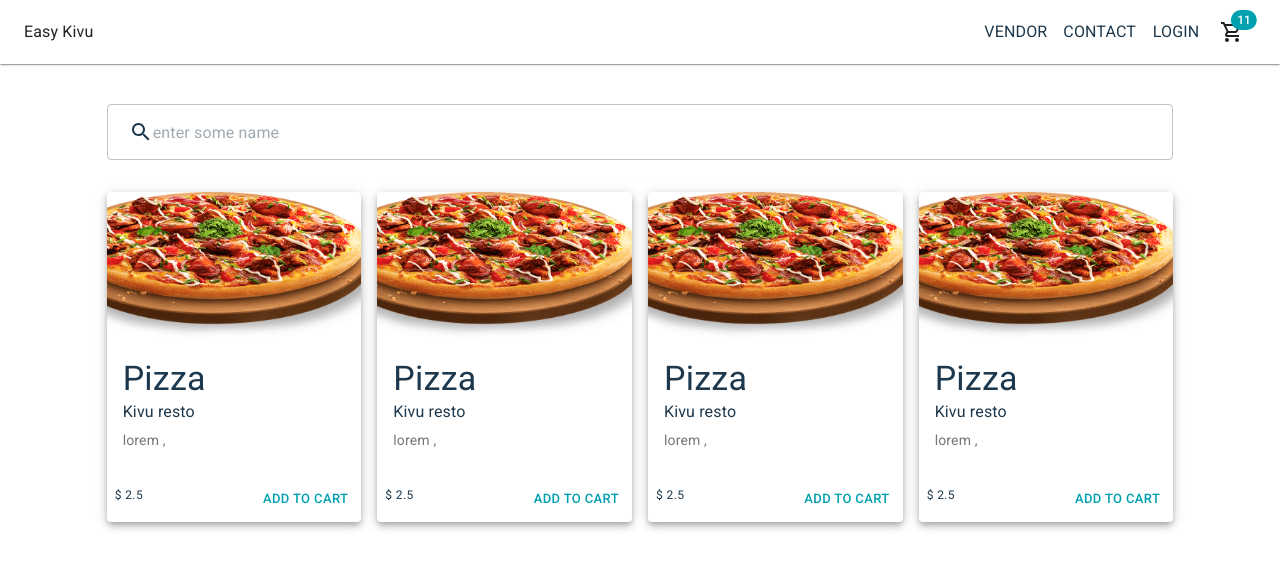
Repository: kilamaelie/jokes-dapp
Page: /
The author's editor kept a copy of each file at every save. The page is drawn from the files as they stood at one save, then again after the next save.
The browser window is 1280 px wide. The pictures show the whole page.
The project was rebuilt for these pictures with package versions that can differ from the ones it lists, and the page was loaded fresh each time. Also part of the build but not shown: src/ui/page/dashboard/dashboard.js.

Above is the page before, as saved 2021-06-28 02:18:37.

After the next save:
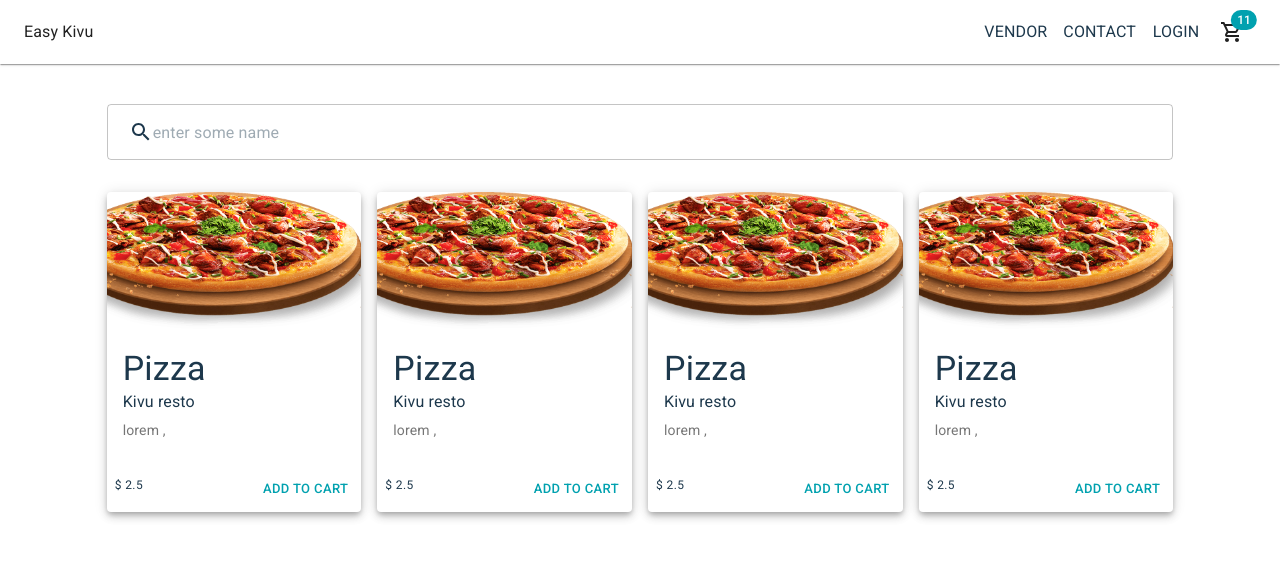
Saved 33 s later.
--- a/src/ui/page/website/screen/widget/card.js
+++ b/src/ui/page/website/screen/widget/card.js
@@ -14,7 +14,7 @@ const CardItem =()=>{
         <Card elevation={5} >
         {/* <CardActionArea> */}
           <CardMedia
-            style={{height:150}}
+            style={{height:140}}
             image={Pizza}
             // title={imagetitle}
           />
